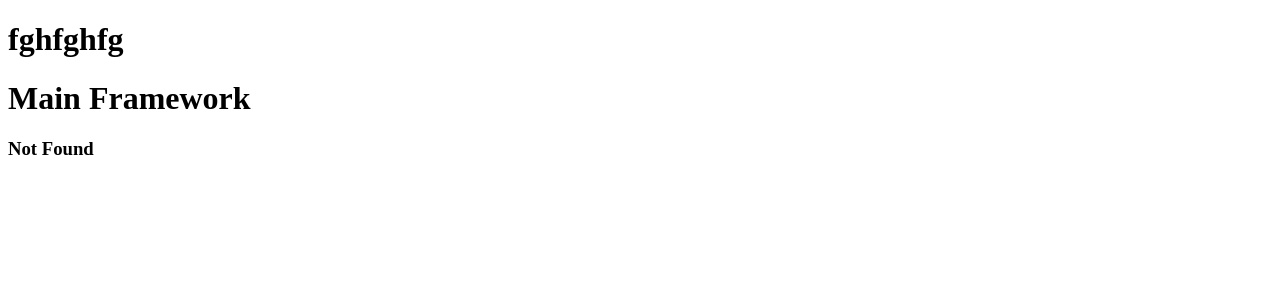
Repository: GregorPiev/angularjs-add-book
Page: index.html
An editor plug-in stored every save of this project. The page is shown before and after the next save, followed by the edit.
The browser window is 1280 px wide. The pictures show the whole page.

Above is the page before, as saved 2020-09-23 15:42:36.

### index.html
<!DOCTYPE html>
<html lang="en" ng-app="addBook">
	<head>
		<meta charset="UTF-8" />
		<meta name="viewport" content="width=device-width, initial-scale=1.0" />
		<title>Add Book - Test AngularJS</title>
		<base href="/" />
		<link href="node_modules/bootstrap/dist/css/bootstrap.min.css" />
	</head>
	<body>
		<h1>fghfghfg</h1>
		<main></main>
		<script src="node_modules/angular/angular.min.js"></script>
		<script src="node_modules/angular-route/angular-route.min.js"></script>
		<script src="node_modules/angular-resource/angular-resource.min.js"></script>

		<script src="app/app.module.js"></script>
		<script src="app/app.config.js"></script>

		<script src="app/service/service.module.js"></script>
		<script src="app/service/service.service.js"></script>

		<script src="app/main/main.module.js"></script>
		<script src="app/main/main.component.js"></script>
		<script src="app/main/component/main.controller.js"></script>

		<script src="app/genre/genre.module.js"></script>
		<script src="app/genre/genre.component.js"></script>
		<script src="app/genre/component/genre.controller.js"></script>

		<script src="app/subgenre/subgenre.module.js"></script>
		<script src="app/subgenre/subgenre.component.js"></script>
		<script src="app/subgenre/component/subgenre.controller.js"></script>

		<script src="app/add-subgenre/add-subgenre.module.js"></script>
		<script src="app/add-subgenre/add-subgenre.component.js"></script>
		<script src="app/add-subgenre/component/add-subgenre.controller.js"></script>

		<script src="app/add-book/add-book.module.js"></script>
		<script src="app/add-book/add-book.component.js"></script>
		<script src="app/add-book/component/add-book.controller.js"></script>
	</body>
</html>

### app/app.module.js
'use strict'
angular.module('addBook', [
    'ngRoute',
    'ngResource',

    'main',
    'genre',
    'subgenre',
    'addSubgenre',
    'addBookItem'
]);

### app/app.config.js
'use strict'
angular.module('addBook')
    .config(function (
        $locationProvider,
        $routeProvider
    ) {
        $locationProvider.html5Mode({ enabled: true });
        $routeProvider
            .when('/', {
                template: 'genre'
            })
            .when('/subgenre/:id', {
                template: 'subgenre'
            })
            .when('/add-subgenre/:id', {
                template: 'add-subgenre'
            })
            .when('/add-book', {
                template: 'add_book'
            })
            .otherwise({
                template: '<h3>Not Found</h3>'
            })
    });

### app/service/service.module.js
'use strict'
angular.module('service', []);

### app/service/service.service.js
'use strict'
angular.module('service')
    .factory('Service', function ($resource) {
        var url = '/data/data.json';

        return $resource(url, {}, {
            query: {
                method: "GET",
                params: {},
                isArray: true,
                cache: false
            },
            get: {
                method: "GET",
                isArray: true,
                cache: false
            }
        })


    })

### app/main/main.module.js
'use strict'
angular.module('main', []);

### app/main/main.component.js
angular.module('main')
    .component('main', {
        templateUrl: '/app/main/component/main.template.html',
        controller: 'mainController',
        controllerAs: 'Main'
    })

### app/main/component/main.controller.js
'use strict'
angular.module('main')
    .controller('mainController', function ($scope) {
        $scope.title = 'Main Framework'
    })

### app/genre/genre.module.js
'use strict'
angular.module('genre', ['service']);

### app/genre/genre.component.js
angular.module('genre')
    .component('genreComponent', {
        templateUrl: '/app/genre/component/genre.template.html',
        controller: 'genreController',
        controllerAs: 'Genre'
    })

### app/genre/component/genre.controller.js
angular.module('genre')
    .controller('genreController', function ($scope, $location, Service) {
        $scope.title = 'Genre fgdfgdfgdf';
        console.log('genreController')
        // console.log('Service: ', Service.query());
        /* service.get(function (data) {
            console.log(data)
        }); */

    })

### app/subgenre/subgenre.module.js
'use strict'
angular.module('subgenre', []);

### app/subgenre/subgenre.component.js
angular.module('subgenre')
    .component('subgenreComponent', {
        templateUrl: '/app/subgenre/component/subgenre.template.html',
        controller: 'subgenreController',
        controllerAs: 'Subgenre'
    })

### app/subgenre/component/subgenre.controller.js
angular.module('subgenre')
    .controller('subgenreController', function ($scope, $routeParams) {
        var id = $routeParams.id;
        $scope.title = `SubGenre ${id}`;
    })

### app/add-subgenre/add-subgenre.module.js
'use strict'
angular.module('addSubgenre', []);

### app/add-subgenre/add-subgenre.component.js
'use strict'
angular.module('addSubgenre')
    .component('addSubgenreComponent', {
        templateUrl: '/app/add-subgenre/component/add-subgenre.template.html',
        controller: 'addSubgenreController',
        controllerAs: 'AddSubgenre'
    })

### app/add-subgenre/component/add-subgenre.controller.js
'use strict'
angular.module('addSubgenre')
    .controller('addSubgenreController', function ($scope, $routeParams) {
        var id = $routeParams.id;
        $scope.title = `Add Subgenre: ${id}`;
    });

### app/add-book/add-book.module.js
'use strict'
angular.module('addBookItem', []);

### app/add-book/add-book.component.js
'use strict'
angular.module('addBookItem')
    .component('addBookItemComponent', {
        templateUrl: '/app/add-book/component/add-book.template.html',
        controller: 'addBookItemController',
        controllerAs: 'AddBookItem'
    });

### app/add-book/component/add-book.controller.js
'use strict'
angular.module('addBookItem')
    .controller('addBookItemController', function ($scope, $routeParams) {
        $scope.title = 'Add Book'
    });

### app/main/component/main.template.html
<h1>{{ title }}</h1>
<div ng-view></div>

Loaded but not shown: node_modules/angular/angular.min.js (library); node_modules/angular-route/angular-route.min.js (library); node_modules/angular-resource/angular-resource.min.js (library)

After the next save:
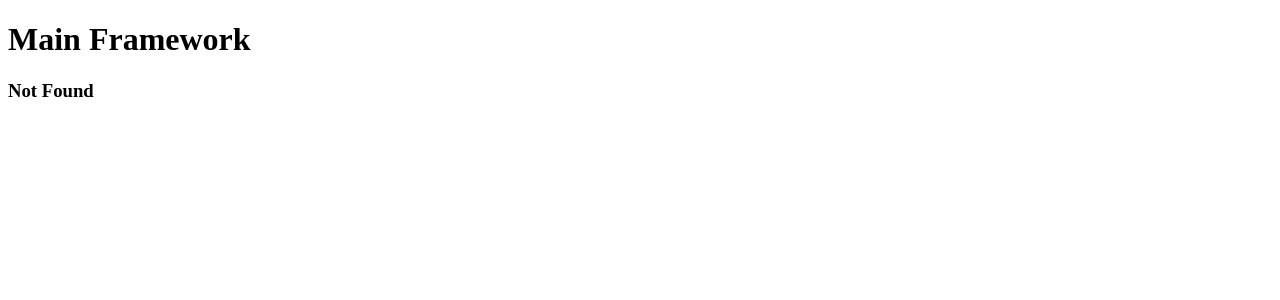
Saved 17 s later.
--- a/index.html
+++ b/index.html
@@ -8,7 +8,6 @@
 		<link href="node_modules/bootstrap/dist/css/bootstrap.min.css" />
 	</head>
 	<body>
-		<h1>fghfghfg</h1>
 		<main></main>
 		<script src="node_modules/angular/angular.min.js"></script>
 		<script src="node_modules/angular-route/angular-route.min.js"></script>
